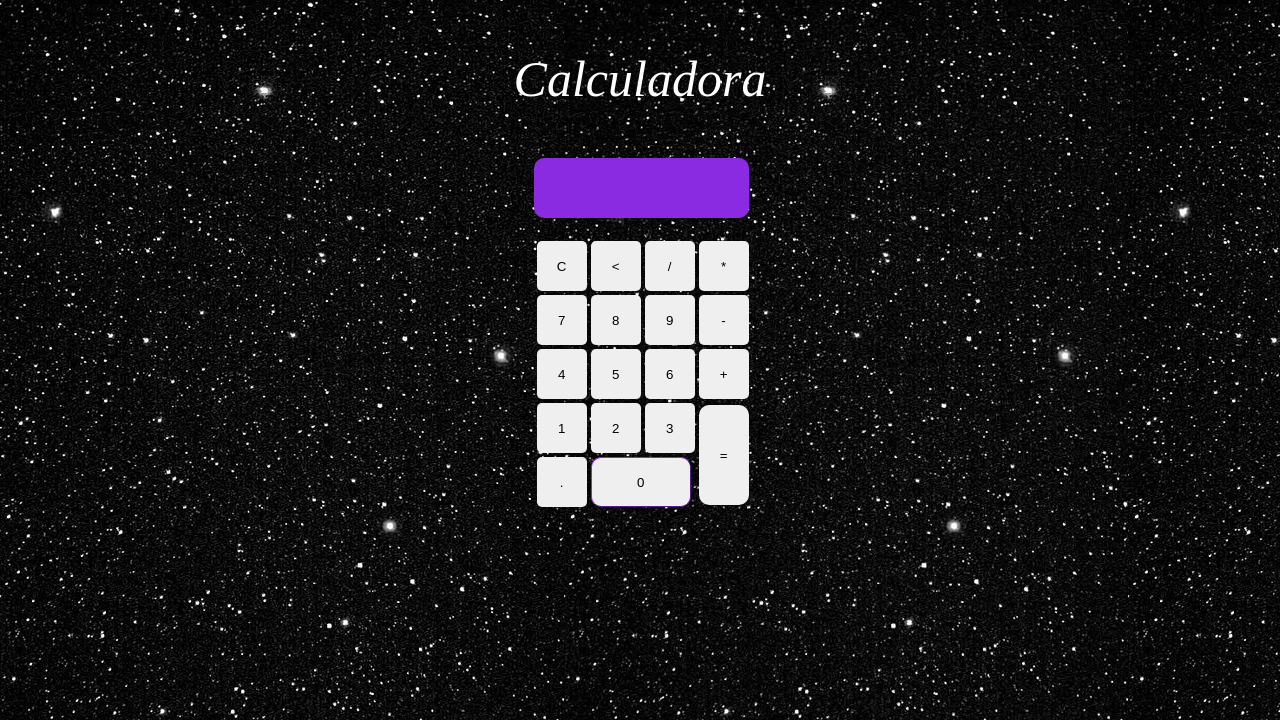
Repository: mariele-huff/calculadora
Page: index.html
The author's editor kept a copy of each file at every save. The page is drawn from the files as they stood at one save, then again after the next save.
The browser window is 1280 px wide. The pictures show the whole page.
The pointer rests on the first visible `.botao1`.

Above is the page before, as saved 2022-08-14 12:50:48.

After the next save:
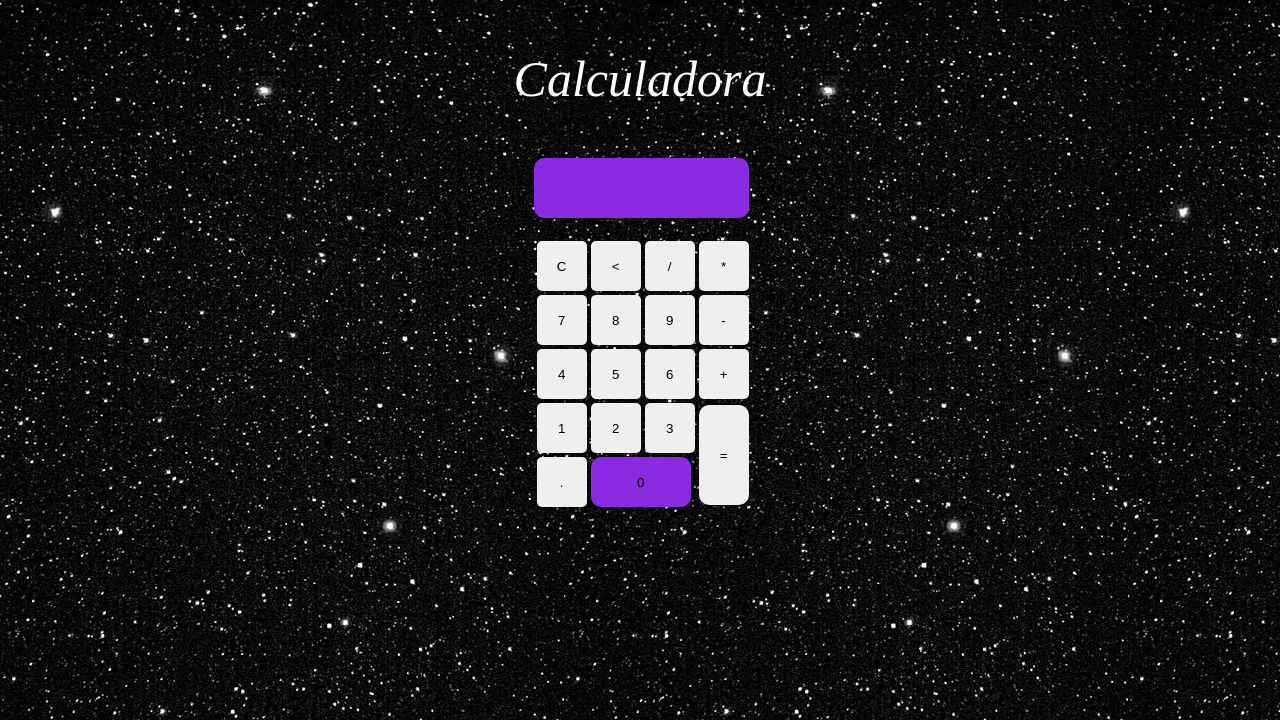
Saved 42 s later.
--- a/style.css
+++ b/style.css
@@ -33,8 +33,7 @@ body {
 }
 
 .botao1:hover {
-    border-color: blueviolet;
-    border-width: thin;
+   background-color: blueviolet;
 }
 
 .botao2:hover {
